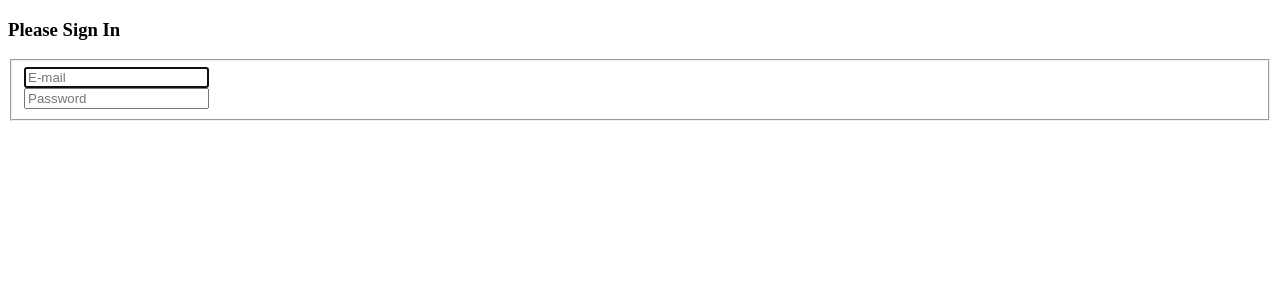
Repository: totientoan/forgotPass
Page: http://localhost/login
The author's editor kept a copy of each file at every save. The page is drawn from the files as they stood at one save, then again after the next save.
The browser window is 1280 px wide. The pictures show the whole page.
The page is served by the project's Laravel application, run on PHP 8.4 with Laravel 8. Other server files are loaded and not shown.

Above is the page before, as saved 2020-10-29 15:38:56.

### routes/web.php
<?php

use App\Http\Controllers\LoginWithGG;
use Illuminate\Support\Facades\Route;

/*
|--------------------------------------------------------------------------
| Web Routes
|--------------------------------------------------------------------------
|
| Here is where you can register web routes for your application. These
| routes are loaded by the RouteServiceProvider within a group which
| contains the "web" middleware group. Now create something great!
|
*/

Route::get('/', function () {
    return view('welcome');
});
// Route::get('/button', function () {
//     return view('dangnhap');
// });
// Route::get('/button', [LoginWithGG::class,'getGG']);
Route::get('/login', [LoginWithGG::class, 'getlogin']);
Route::get('auth/google', [GoogleController::class, 'redirectToGoogle']);
Route::get('auth/google/callback', [GoogleController::class, 'handleGoogleCallback']);


// Route::middleware(['auth:sanctum', 'verified'])->get('/dashboard', function () {
//     return view('dashboard');
// })->name('dashboard');

### app/Http/Controllers/LoginWithGG.php
<?php

namespace App\Http\Controllers;

use Illuminate\Http\Request;

class LoginWithGG extends Controller
{
    function getlogin(){
        return view('dangnhap');
    }
}

### app/Http/Controllers/Controller.php
<?php

namespace App\Http\Controllers;

use Illuminate\Foundation\Auth\Access\AuthorizesRequests;
use Illuminate\Foundation\Bus\DispatchesJobs;
use Illuminate\Foundation\Validation\ValidatesRequests;
use Illuminate\Routing\Controller as BaseController;

class Controller extends BaseController
{
    use AuthorizesRequests, DispatchesJobs, ValidatesRequests;
    function getlogin(){
        return view('dangnhap');
    }
}

### resources/views/dangnhap.blade.php
<!DOCTYPE html>
<html lang="en">
<head>
    <meta charset="utf-8">
    <meta http-equiv="X-UA-Compatible" content="IE=edge">
    <meta name="viewport" content="width=device-width, initial-scale=1">
    <meta name="description" content="">
    <meta name="author" content="">

    <title>Đăng nhập</title>
    <base href="{{asset('')}}">
    <!-- Bootstrap Core CSS -->
    <link rel="stylesheet" href="css/app.css">


</head>

<body>

    <div class="container">
        <div class="row">
            <div class="col-md-4 col-md-offset-4">
                <div class="login-panel panel panel-default">
                    <div class="panel-heading">
                        <h3 class="panel-title">Please Sign In</h3>
                    </div>
                    <div class="panel-body">

                        @if (count($errors) > 0)
                            <div class="alert alert-danger">
                            @foreach ($errors->all() as $err)
                                {{$err}}<br>
                            @endforeach
                            </div>
                         @endif

                        @if (session('thongbao'))

                                {{session('thongbao')}}
                            </div>
                        @endif

                        <form role="form" action="admin/dangnhap" method="POST">
                            {{-- @csrf  --}}
                            {{ csrf_field() }}
                            {{-- <input type="hidden" name="_token" value="{{csrf_token()}}" /> --}}
                            <fieldset>
                                <div class="form-group">
                                    <input class="form-control" placeholder="E-mail" name="email" type="email" autofocus>
                                </div>
                                <div class="form-group">
                                    <input class="form-control" placeholder="Password" name="password" type="password" value="">
                                </div>
                                {{-- <button type="submit" class="btn btn-lg btn-success btn-block">Login</button> --}}
                                <a href=""></a>
                            </fieldset>
                        </form>
                    </div>
                </div>
            </div>
        </div>
    </div>

    <script src="js/app.js"></script>

</body>

</html>

After the next save:
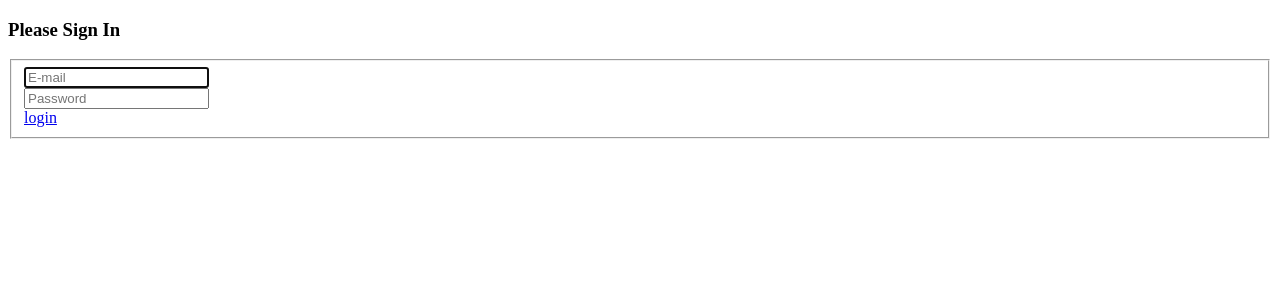
Saved 24 s later.
--- a/resources/views/dangnhap.blade.php
+++ b/resources/views/dangnhap.blade.php
@@ -52,7 +52,7 @@
                                     <input class="form-control" placeholder="Password" name="password" type="password" value="">
                                 </div>
                                 {{-- <button type="submit" class="btn btn-lg btn-success btn-block">Login</button> --}}
-                                <a href=""></a>
+                                <a href="auth/google"> login</a>
                             </fieldset>
                         </form>
                     </div>
